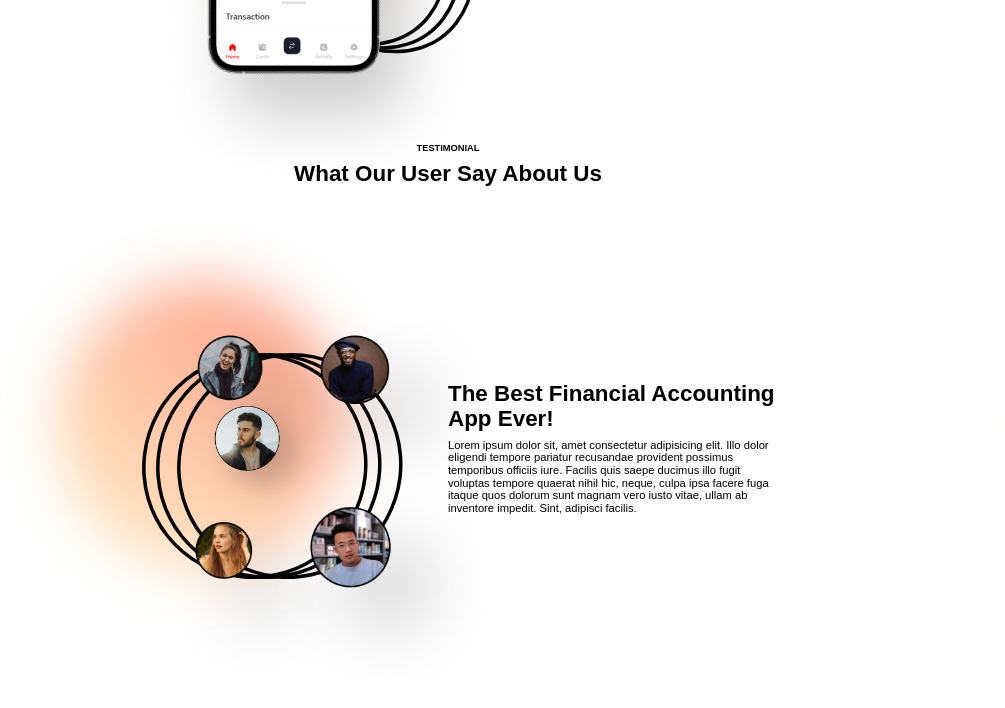
Repository: sakshambansal7/Uifry
Page: index.html
An editor plug-in stored every save of this project. The page is shown before and after the next save, followed by the edit.
The browser window is 1280 px wide. The page is 1435 px wide, so the pictures cover 1435 px, including what lies to the right of the window. The pictures show the part of the page from y = 2423 to 4143 px (the page is 3434 px tall before and 4143 px after), at 70% of full size.
Some web libraries are served in a nearby version.

Above is the page before, as saved 2024-06-12 22:27:01.

### index.html
<!DOCTYPE html>
<html lang="en">
  <head>
    <meta charset="UTF-8" />
    <meta name="viewport" content="width=device-width, initial-scale=1.0" />
    <title>uifry.com</title>
    <link rel="stylesheet" href="style.css" />
    <link rel="stylesheet" href="https://cdnjs.cloudflare.com/ajax/libs/font-awesome/6.1.1/css/all.min.css">

  </head>
  <body>
    <nav class="navbar">
      <div>
        <img class="logo" src="./images/logo.png" alt="img" />
      </div>
      <div class="nav">
        <div><a href="#" class="nav__link active">Home </a></div>
        <div><a href="#" class="nav__link">About Us</a></div>
        <div><a href="#" class="nav__link">Pricing</a></div>
        <div><a href="#" class="nav__link">features</a></div>
      </div>
      <div class="download">
        <button class="button">Download</button>
      </div>
    </nav>
    <div class="part1 ">
      <div class="left">
        <div class="bg-shape1"></div>
        <h1>Make The Best Financial Decisions</h1>
        <div class="bg-shape1 position-1"></div> <!-- Duplicate for top and bottom -->
        <p>Lorem ipsum dolor sit amet consectetur, adipisicing elit. Fuga dolorem esse natus repellat modi, mollitia voluptates est.</p>
        <div class="cta-buttons">
          <button class="get-started-btn">Get Started <i class="fa-solid fa-arrow-right"></i></button>
          <button class="watch-video-btn"> <i class="fa-solid fa-circle-play"></i>Watch Video</button>
        </div>
      </div>

      <div class="right">
        <div class="bg-shape2"></div>
        <div class="elipse-common elipse"></div>
        <div class="elipse-common elipse1"></div>
        <div class="elipse-common elipse2"></div>

        <img class="image1" src="./images/iphone.png" alt="Mobile App Mockup" />
        <img class="image2" src="./images/igraph.png" alt="Mobile App Mockup" />
        <img class="image3" src="./images/iphone.png" alt="Mobile App Mockup" />
      </div>

    </div>
    <div class="part2">
      <div class="left">
        <div class="bg-shape2"></div>
        <div class="elipse-common elipse3"></div>
        <div class="elipse-common elipse4"></div>
        <div class="elipse-common elipse5"></div>

        <img class="image1" src="./images/iphone.png" alt="Mobile App Mockup" />

      </div>
      <div class="right">
        <h4>FEATURES</h4>
        <H1>Uifry Premium</H1>
        <h3><i class="fa-regular fa-star custom-color"></i> Budgeting intervals</h3>
        <p>Lorem ipsum dolor sit amet consectetur, adipisicing elit. Fuga dolorem esse natus repellat modi, mollitia voluptates est.</p>
        <h3> <i class="fa-solid fa-gear custom-color"></i> Budgeting intervals</h3>
        <p>Lorem ipsum dolor sit amet consectetur, adipisicing elit. Fuga dolorem esse natus repellat modi, mollitia voluptates est.</p>
        <h3><i class="fa-solid fa-star-of-life custom-color"></i>Budgeting intervals</h3>
        <p>Lorem ipsum dolor sit amet consectetur, adipisicing elit. Fuga dolorem esse natus repellat modi, mollitia voluptates est.</p>

      </div>
    </div>
    <div class="part3">
      <div class="left">
        <h4>ADVANTAGES</h4>
        <H1> Why Choose Uifry ?</H1>
        <h3><i class="fa-solid fa-bell custom-color"></i>Clever notificAations</h3>
        <p>Lorem ipsum dolor sit amet consectetur, adipisicing elit. Fuga dolorem esse natus repellat modi, mollitia voluptates est. Lorem ipsum dolor sit amet consectetur adipisicing elit. Perspiciatis expedita accusantium obcaecati dicta debitis optio quibusdam animi assumenda sit commodi?</p>

      </div>
      <div class="right">
        <div class="bg-shape2"></div>
        <div class="elipse-common elipse3"></div>
        <div class="elipse-common elipse4"></div>
        <div class="elipse-common elipse5"></div>
        <img src="./images/igraph.png" alt="img">
      </div>
    </div>
    <div class="part4">
      <div class="left">
        <div class="bg-shape2"></div>
        <div class="elipse-common elipse3"></div>
        <div class="elipse-common elipse4"></div>
        <div class="elipse-common elipse5"></div>
        <img src="./images/iphone.png" alt="img">
      </div>
      <div class="right">
        <h1><i class="fa-solid fa-star-of-life custom-color "></i>Fully Costomizable</h1>
        <p>Lorem ipsum dolor sit amet consectetur adipisicing elit. Quia magni, maxime ipsa perferendis eveniet amet ea. Dolorum, dolorem dignissimos architecto, voluptatibus iure aperiam excepturi atque deleniti blanditiis, debitis sed quia. Lorem ipsum, dolor sit amet consectetur adipisicing elit. A molestias esse, vero neque blanditiis veritatis ratione nesciunt dolore ullam aut!</p>
      </div>
    </div>
    <div class="parent-container">
      <h5>TESTIMONIAL</h5>
      <h1>What Our User Say About Us</h1>
  </div>

    <div class="part5">
      <div class="left">
        <div class="bg-shape2"></div>
        <div class="elipse-common elipse6"></div>
        <div class="elipse-common elipse7"></div>
        <div class="elipse-common elipse8"></div>

        <div class="img1 "><img src="./images/1.png" alt="img"></div>
        <div class="img2 "><img src="./images/2.png" alt="img"></div>
        <div class="img3 "><img src="./images/3.png" alt="img"></div>
        <div class="img4 "><img src="./images/4.png" alt="img"></div>
        <div class="main "><img src="./images/main.png" alt="img"></div>

      </div>
      <div class="right">
        <h1>The Best Financial Accounting App Ever!</h1>
        <p>Lorem ipsum dolor sit, amet consectetur adipisicing elit. Illo dolor eligendi tempore pariatur recusandae provident possimus temporibus officiis iure. Facilis quis saepe ducimus illo fugit voluptas tempore quaerat nihil hic, neque, culpa ipsa facere fuga itaque quos dolorum sunt magnam vero iusto vitae, ullam ab inventore impedit. Sint, adipisci facilis.</p>

        <div class="images">
          <div class="img"><img src="./images/1.png" alt="img"></div>
          <div class="img"><img src="./images/2.png" alt="img"></div>
          <div class="img"><img src="./images/3.png" alt="img"></div>
          <div class="img"><img src="./images/4.png" alt="img"></div>
          <div class="img"><img src="./images/main.png" alt="img"></div>
        </div>
      </div>

    </div>
  </body>
  <script src="script.js"></script>
</html>

### style.css

*{
    margin: 0px;
    padding: 5px;

}
body {
  margin-left: 20vh;
  margin-right: 20vh;
  font-family: Arial, sans-serif;
  background: #fff;
  color: #000000;
  justify-content: center;
  box-sizing: border-box;
}

  /* navbar */
.logo {
  width: 120px;
}


.navbar{
  display: flex;
  justify-content: flex-start;

}
.nav{
  padding-top: 10px;
  display: flex;
  justify-content: center;

}
nav  {
  display: inline;
}

nav a {
  text-decoration: none;
  color: #333;
  font-weight: bold;
}


.button {
  width: 160px;
  height: 40px;
  border-radius: 3px;
  background-color: #000000;
  color: #fff;
  padding: 10px 20px;
  cursor: pointer;
  border: none;
  font-weight: bold;
  margin-left: 40vh;
}
.download{

  padding-top: 10px;
}


.nav__link {
    display: block;
    padding: .3125rem 1.5rem;
    text-transform: uppercase;
  }

  .nav__link.active  {

    color: #FF5E08;
  }

  /* part-1 */

  .part1 {
    height: 85vh;
    display: inline-flex;
        justify-content: space-between;
        top: 50px !important;
        inset: 0;


    padding: 60px 40px;
}

/* .absolute{
  position: absolute;
  inset: 0;
  justify-content: center;
  display: inline-flex;
  flex-direction: row;
} */
.left {
  max-width: 50%;
}

.part1 h1 {
  font-size: 3em;
  margin: 0 0 20px;
}

.part1 p {
  font-size: 1.2em;
  margin: 0 0 40px;
}

.cta-buttons {
  display: flex;
  gap: 20px;
}

.get-started-btn,
.watch-video-btn {
  background: #000;
  color: #fff;
  padding: 15px 30px;
  border: none;
  cursor: pointer;
  font-size: 1em;
  font-weight: bold;
}

.watch-video-btn {
  color: #000000;

  background: transparent;
}

.right {
  max-width: 50%;
  position: relative; /* Add position relative to use as a reference for absolute positioning */
}

.right .image1{

  position: absolute;
  z-index: 3;
  width: 100%;
  padding-left: 0px;



}
.right .image2 {
  position: absolute;
  padding-top: 50px;
  padding-left: 100px;


  z-index: 2;
  max-width: 100%;
}
.right .image3 {


  padding-top: 100px;
  padding-left: 200px;
  z-index: 1;
  max-width: 100%;
}
/* background-effect */


.justify-center{
  justify-content: center;
}

/* background-effect */
.left {
  max-width: 50%;
  position: relative; /* Add this line */
}

.bg-shape1 {
  width: 400px;
  height: 400px;
  border-radius: 9999px;
  position: absolute; /* Change to absolute for proper positioning */
  top: 0px; /* Positioning adjustments */
  left: 50%; /* Positioning adjustments */
  transform: translateX(-50%); /* Center the shape horizontally */
  z-index: -1; /* Ensure it's behind the text */
  background: linear-gradient(35deg,  #FDE598,#ff3508); /* Dual color gradient */
  opacity: 0.5; /* Adjust as necessary */
  filter: blur(40px);

}

.bg-shape2 {
  width: 400px;
  height: 400px;
  border-radius: 9999px;
  position: absolute; /* Change to absolute for proper positioning */
  top: 50px; /* Positioning adjustments */
  left: 50%; /* Positioning adjustments */
  transform: translateX(-50%); /* Center the shape horizontally */
  z-index: -1; /* Ensure it's behind the text */
  background: linear-gradient(35deg,  #FDE598,#ff3508); /* Dual color gradient */
  opacity: 0.5; /* Adjust as necessary */
  filter: blur(40px);

}

  /* circular shape */

  .elipse-common {

    background: none;
    border-radius: 50%;
    -ms-transform: rotate(40deg);  /* IE 9 */
    -webkit-transform: rotate(40deg);  /* Safari */
    transform: rotate(40deg);
    position: absolute;
    top: 150px;
    border: 5px solid black;
    z-index: -1; /* Ensure it's behind the text */
}

.elipse {
  width: 700px;
  height: 305px;
    left: 45px;

}

.elipse1 {
  width: 700px;
  height: 305px;
    left: 25px;
}

.elipse2 {
  width: 700px;
  height: 305px;
    left: 5px;
}
.elipse3 {
  width: 500px;
  height: 305px;
    left: 45px;

}

.elipse4 {
  width: 500px;
  height: 305px;
    left: 25px;
}

.elipse5 {
  width: 500px;
  height: 305px;
    left: 5px;
}


.part2{
  display: flex;
  height: 85vh;
}

  .part2 .left .image1{
    transform: rotate(15deg);
  }

  .part2 .right{
    margin-top: 20vh;

  }
  .part2 .right h3 h1{
    font-weight: 900; /* 400 is normal, 700 is bold */
  }
  .part2 .right h4{
    color: #FF5E08;
  }
  .custom-color {
    color: #FF5E08;
}

.part3{
  display: flex;
  align-items: center;
  justify-content: center;
  height: 80vh;



}
.part3 .left h4{
  color: #FF5E08;

}
.part3 .left p{
 font-weight: 100;

}
.part3 .right img{
  transform: rotate(15deg);

}


.part4{
  gap: 5vh;
  display: flex;
  align-items: center;
  justify-content: center;
  height: 80vh;

}


.part4  .left{
  transform: rotate(15deg);


}
.part4 .right{
  padding-bottom: 30vh;
}



.elipse6 {
  width: 300px;
  height: 305px;
    left: 65px;



}

.elipse7 {
  width: 300px;
  height: 305px;
    left: 45px;
}

.elipse8 {
  width: 300px;
  height: 305px;
    left: 95px;
}

.parent-container {
  text-align: center;
}

.part5{
  margin-top: 10vh;
  display: flex;
  gap: 30vh;
  position: relative;


}


.part5  img {
  position: relative;
  top: 50px;
  left: 50px;
}
.part5  .img1{
  position: absolute;
  top: 1vh;
  left: .1h;
  z-index: 4;



}
.part5  .img2{
  position: absolute;
  top: 1vh;
  left: 25vh;
  z-index: 5;

}
.part5  .img3{
  position: absolute;
  top: 38vh;
  left: .1vh;
  z-index: 3;


}
.part5  .img4{
  position: absolute;
  top: 35vh;
  left: 23vh;
  z-index: 2;


}
.part5 .main {
  position: relative;
  top: 19vh;
  left: 8vh;
  z-index: 1;

}

/* Adjust the size of the image within the .main div */
.part5 .main img {
  width: 80%; /* Decrease the width to 50% of its original size */
  height: auto; /* Maintain aspect ratio */
}


.part5 .right{
  margin-top:25vh ;
}



.images .img {

  width: 25vh;
  height: 5vh;
  border-radius: 50%;
  overflow: hidden; /* Ensure the images fit within the circular divs */
  display: flex;
  align-items: center;
  justify-content: center;
}

.images .img img {
  width: 100%;
  height: 100%;
  object-fit: cover; /* Ensures the image covers the entire area of the div */
}

### script.js
document.addEventListener('DOMContentLoaded', function() {
    const selector = '.nav__link';
    const elems = Array.from( document.querySelectorAll( selector ) );
    const navigation = document.querySelector( 'nav' );

    function makeActive( evt ) {
      const target = evt.target;

      if ( !target || !target.matches( selector ) ) {
        return;
      }

      elems.forEach( elem => elem.classList.remove( 'active' ) );

        evt.target.classList.add( 'active' );
    };

    navigation.addEventListener( 'mousedown', makeActive );

    } );

After the next save:
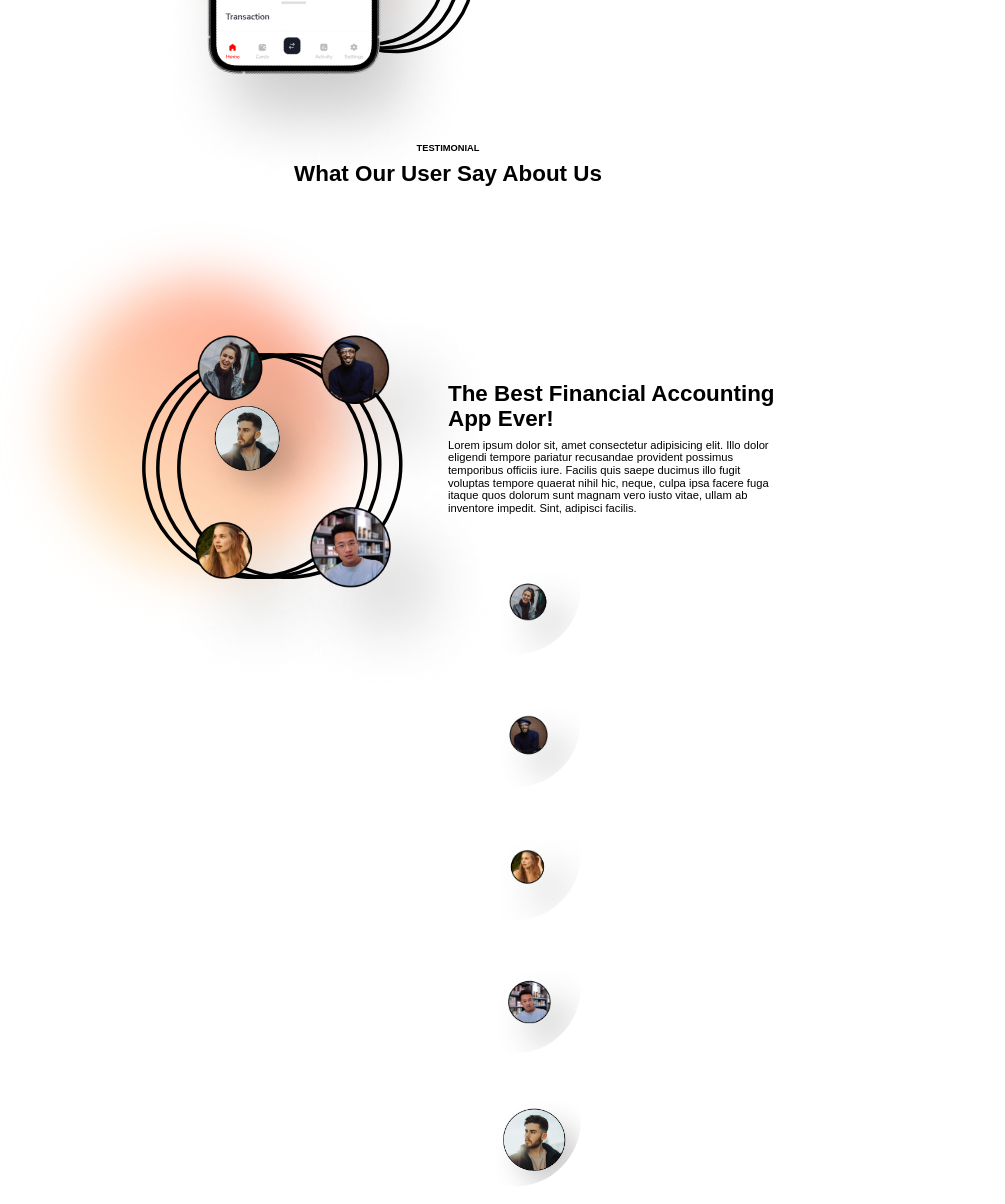
Saved 4 s later.
--- a/style.css
+++ b/style.css
@@ -418,7 +418,7 @@ nav a {
 .images .img {
 
   width: 25vh;
-  height: 5vh;
+  height: 25vh;
   border-radius: 50%;
   overflow: hidden; /* Ensure the images fit within the circular divs */
   display: flex;
